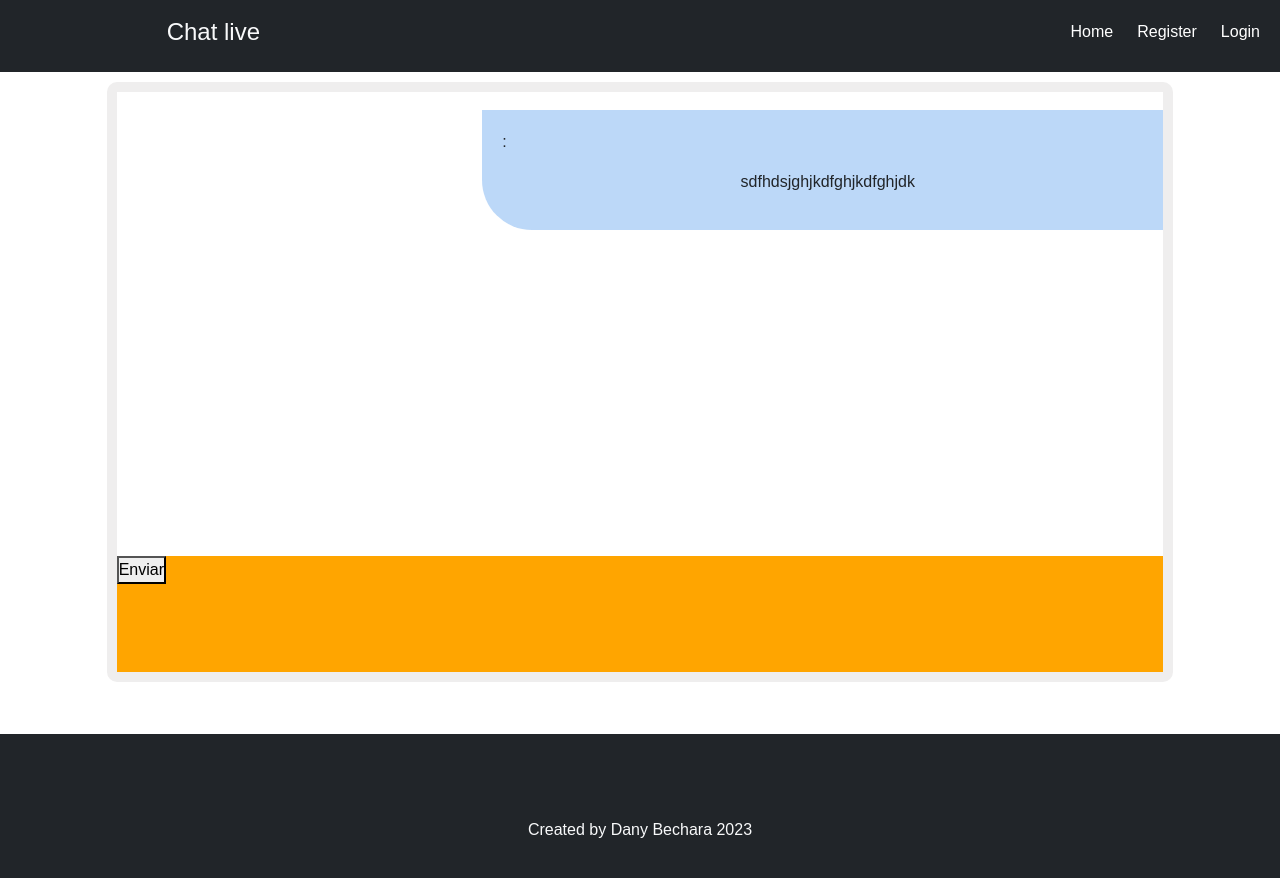
Repository: bechara611/chatv2
Page: /chat
The author's editor kept a copy of each file at every save. The page is drawn from the files as they stood at one save, then again after the next save.
The browser window is 1280 px wide. The pictures show the whole page.
The page's requests for data from a server got no answer. The project was rebuilt for these pictures with package versions that can differ from the ones it lists, and the page was loaded fresh each time. Some packages were replaced by stand-ins written for this rebuild. No one was signed in, and anything a server would have sent is missing. Also part of the build but not shown: src/hooks/useForm.jsx, src/api/Instance.jsx, src/auth/hooks/useAuth.jsx, src/auth/components/login.jsx, src/auth/components/register.jsx, src/ui/components/Home.jsx, src/App.css.

Above is the page before, as saved 2023-03-15 18:10:09.

After the next save:
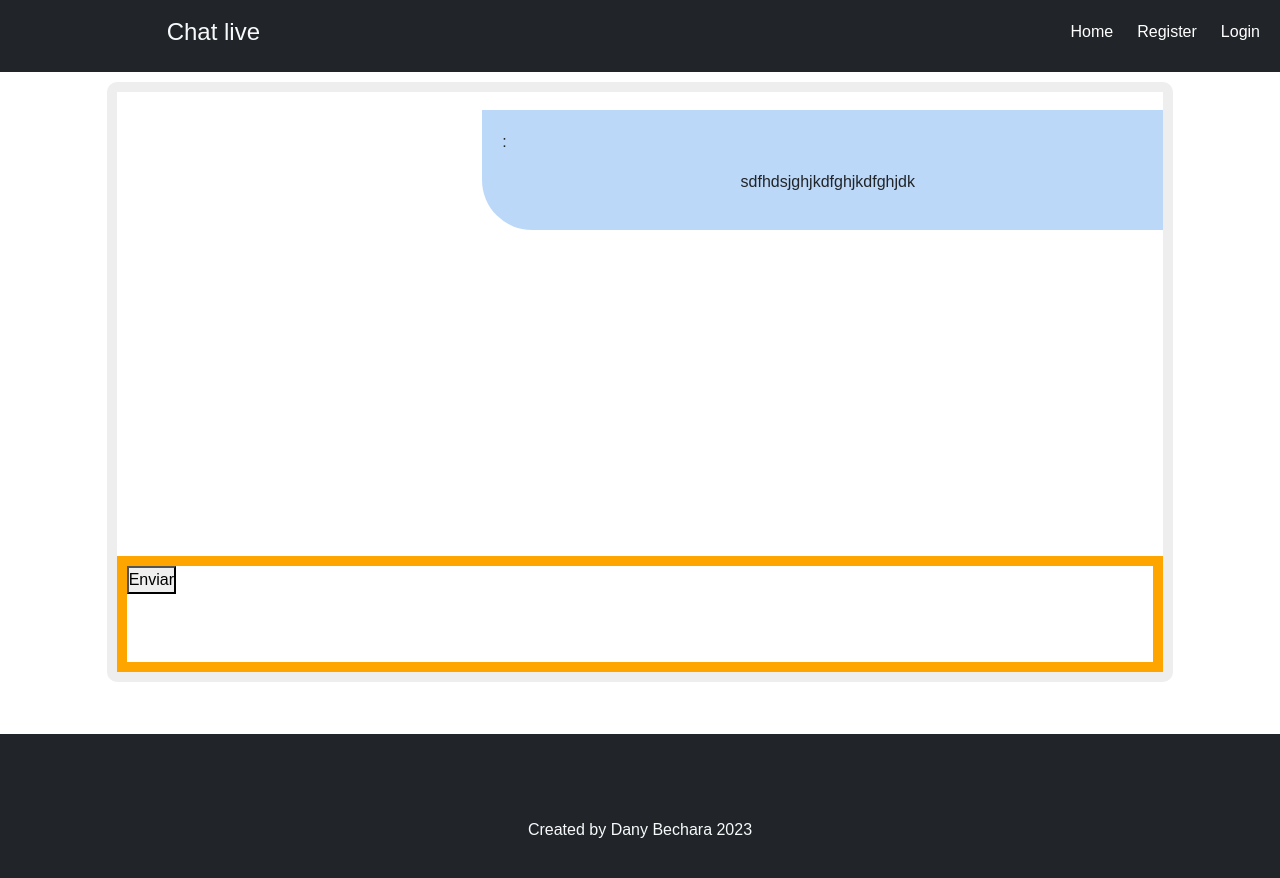
Saved 12 s later.
--- a/src/chat/components/chat.css
+++ b/src/chat/components/chat.css
@@ -38,5 +38,5 @@ overflow-x: hidden;
 }
 .parteInputs{
     height: 20%;
-background: orange;
+border: 10px solid orange;
 }
